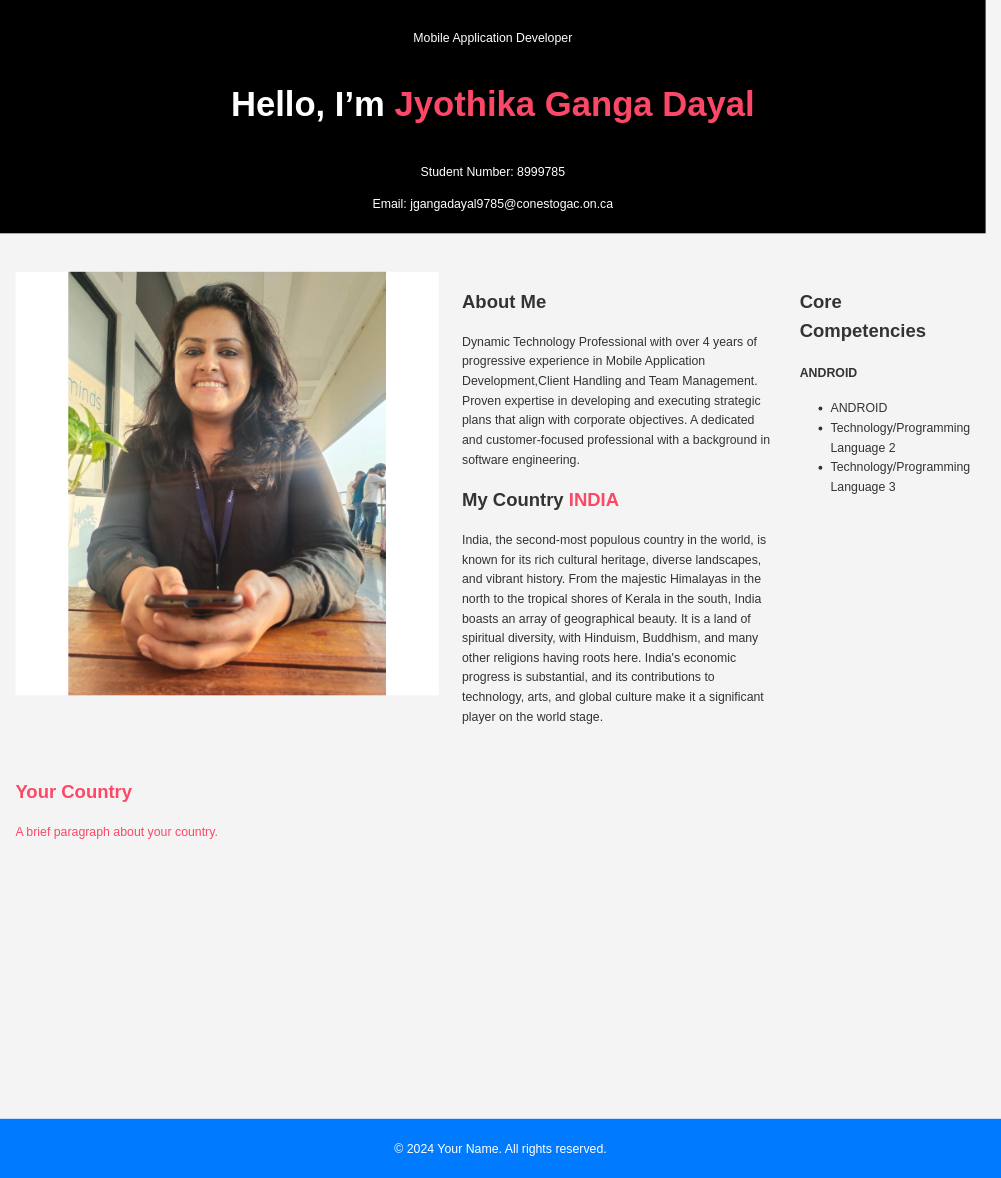
Repository: jyothika123/portfolio
Page: index.html
These files come from the project's save history. The page is drawn as it stood at one moment and after the next save; the edit follows.
The browser window is 1280 px wide. The page is 1300 px wide, so the pictures cover 1300 px, including what lies to the right of the window. The pictures show the whole page, at 77% of full size.
Pictures or frames that could not be fetched are drawn as grey boxes.

Above is the page before, as saved 2024-09-22 16:52:00.

### index.html
<!DOCTYPE html>
<html lang="en">
<head>
    <meta charset="UTF-8">
    <meta name="viewport" content="width=device-width, initial-scale=1.0">
    <link rel="stylesheet" href="css/style.css">
    <title>Jyothika Ganga Dayal</title>
</head>
<body>
    <header>
        <div class="content">
            <br>
            <span class="title">Mobile Application Developer</span>
            <h1>Hello, I’m <span>Jyothika Ganga Dayal</span></h1>
            <p>Student Number: 8999785</p>
            <p>Email: jgangadayal9785@conestogac.on.ca</p>
        </div>
    </header>
    <main>
        <section class="box">
            <section class="bio">
                <div>
                    <img src="images/image.PNG" alt="A photo representing me" class="profile">
                </div>
                <div>
                    <h2>About Me</h2>
                    <p>Dynamic Technology Professional with over 4 years of progressive experience
                        in Mobile Application Development,Client Handling and Team Management. Proven
                        expertise in developing and executing strategic plans that align with
                        corporate objectives. A dedicated and customer-focused professional with a
                        background in software engineering. </p>
                    <h2>My Country <span class="country">INDIA</span> </h2>
                    <p>India, the second-most populous country in the world, is known for its rich cultural heritage, diverse landscapes, and vibrant history. From the majestic Himalayas in the north to the tropical shores of Kerala in the south, India boasts an array of geographical beauty. It is a land of spiritual diversity, with Hinduism, Buddhism, and many other religions having roots here. India's economic progress is substantial, and its contributions to technology, arts, and global culture make it a significant player on the world stage.</p>

                </div>

            </section>
            <section>
                <h2>Core Competencies</h2>
                <h4>ANDROID</h4>
                <ul>
                    <li>ANDROID</li>
                    <li>Technology/Programming Language 2</li>
                    <li>Technology/Programming Language 3</li>
                </ul>
            </section>
            <section class="country">
                <h2>Your Country</h2>
                <p>A brief paragraph about your country.</p>
                <iframe width="560" height="315" src="https://www.youtube.com/embed/your_video_id"
                        title="Interesting video about me/country/skills"
                        frameborder="0" allowfullscreen></iframe>
            </section>
        </section>
    </main>
    <aside>

    </aside>
    <footer>
        <p>&copy; 2024 Your Name. All rights reserved.</p>
    </footer>
</body>
</html>

### css/style.css


body {
    font-family: Arial, sans-serif;
    line-height: 1.6;
    margin: 0;
    padding: 0;
    color: #333;
    background-color: #f4f4f4;
}

header {
    background: #000000;
    color: #fff;
    padding: 10px;
    text-align: center;
}

main {
    display: flex;
    justify-content: space-between;
    padding: 20px;
}

.bio {
    display: grid;
    grid-template-columns: 1fr 3fr;
    gap:30px;
}

.country {
    flex: 3;
}

footer {
    background: #007BFF;
    color: #fff;
    text-align: center;
    padding: 10px ;
    position: relative;
    bottom: 0;
    width: 100%;
}

.profile{
    width:550px;
    height: 550px;
}

.content h1 {
    color: #ffffff;
    font-size: 45px;
    font-weight: 900;
    line-height: 90px;
    text-transform: inherit;
    width: 100%;
  }
  .content h1 span {
    color: #fd4766;
  }
  .content p {
    width: 100%;
    color: #ffffff;
    margin-top: 5px;
    margin-bottom: 15px;
  }
  .box{
    margin-top: 30px;
    display: grid;
    grid-template-columns: 3.5fr 0.5fr;
    gap:30px;
  }
  .country{
    color: #fd4766;
  }

After the next save:
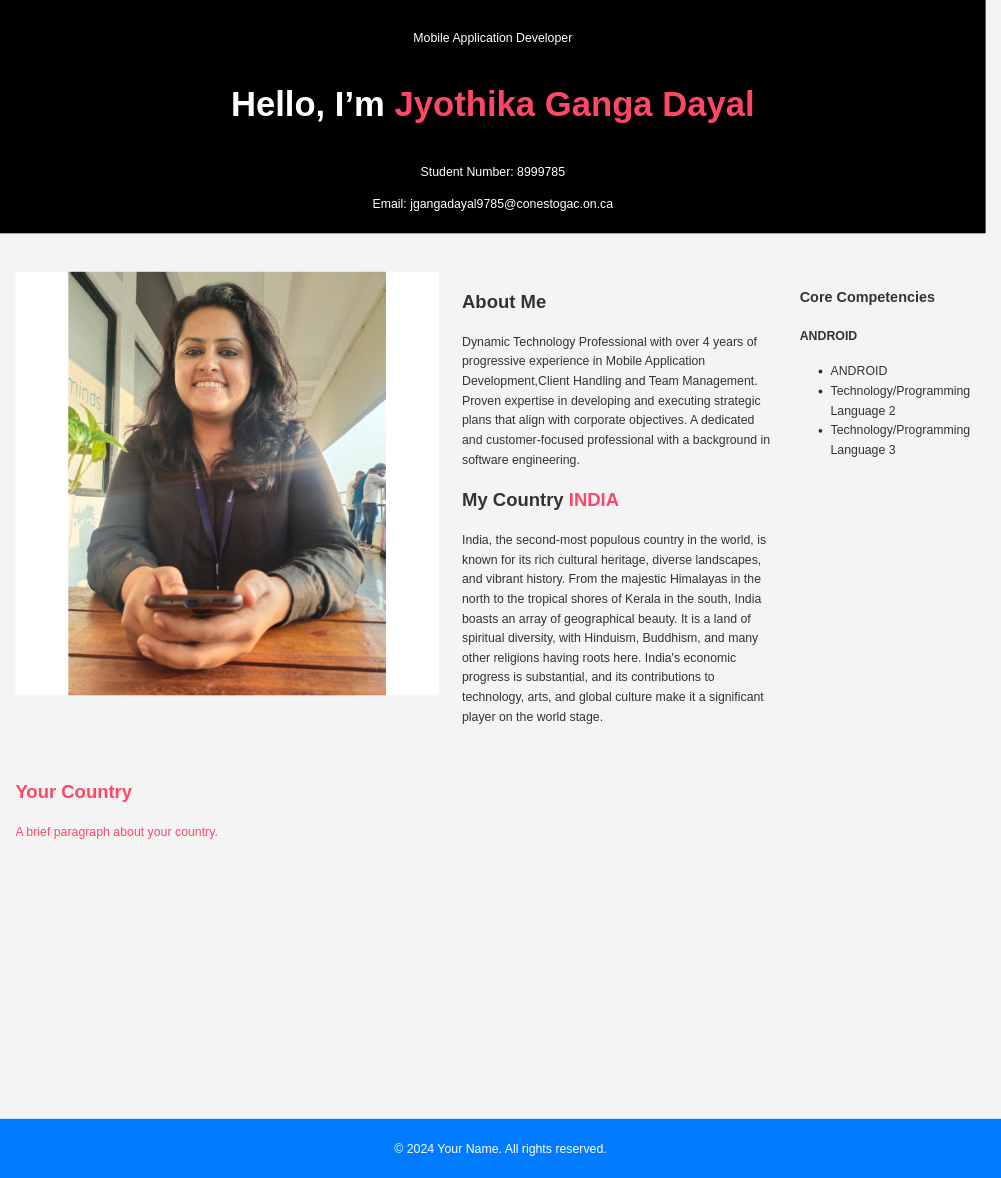
Saved 16 s later.
--- a/index.html
+++ b/index.html
@@ -36,7 +36,7 @@
 
             </section>
             <section>
-                <h2>Core Competencies</h2>
+                <h3>Core Competencies</h3>
                 <h4>ANDROID</h4>
                 <ul>
                     <li>ANDROID</li>
